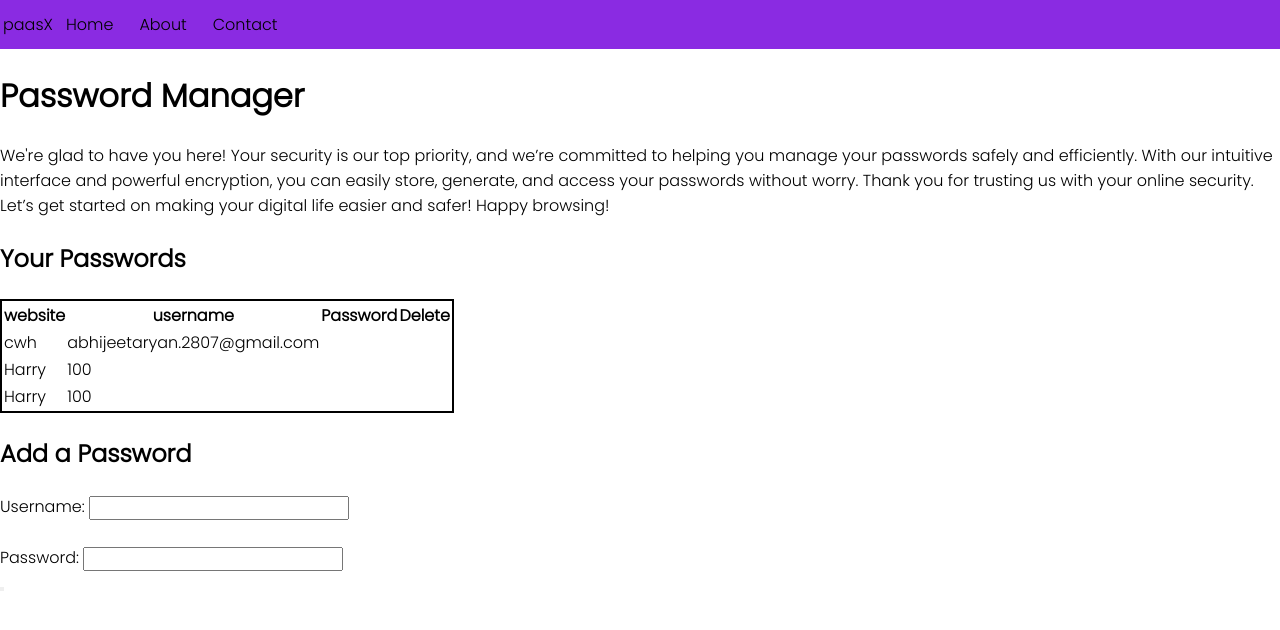
Repository: Abhi2807ar/PASSWORD-MANAGER
Page: index.html
These files come from the project's save history. The page is drawn as it stood at one moment and after a run of saves; the edit follows.
The browser window is 1280 px wide. The pictures show the whole page.

Above is the page before, as saved 2024-10-14 15:00:07.

After the next 5 saves:
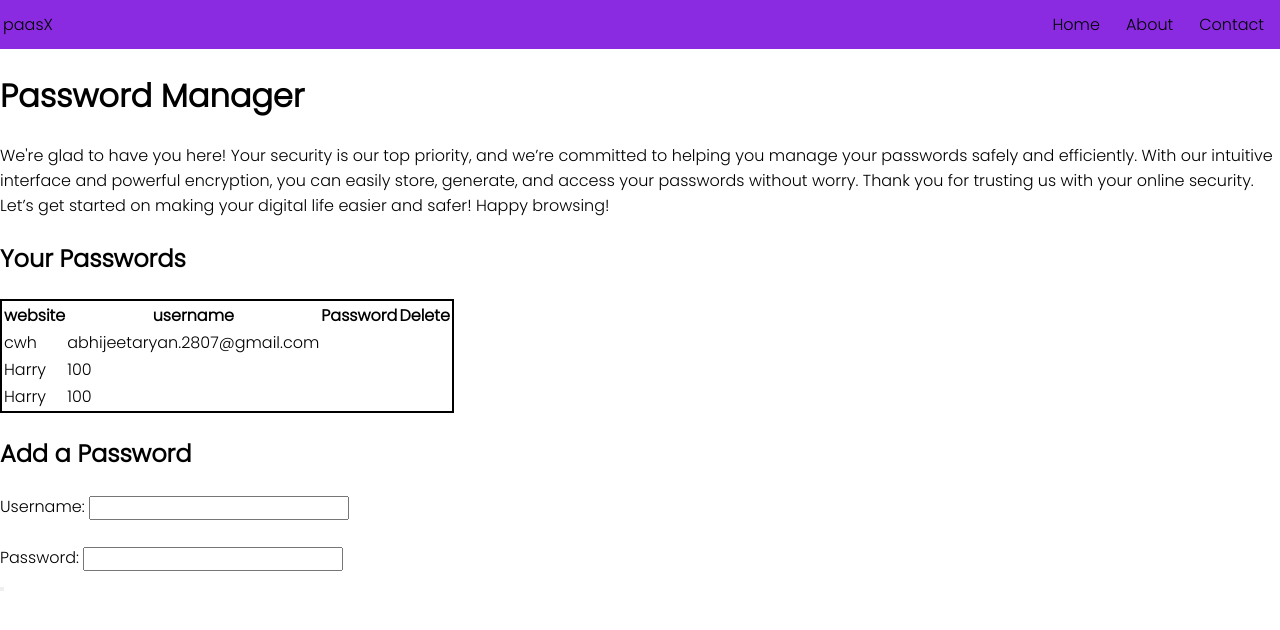
The 5 saves are shown as one change because they came seconds apart.
The last was saved 11 s later.
--- a/style.css
+++ b/style.css
@@ -8,7 +8,7 @@
  nav{ background-color: blueviolet;
     padding:12px 3px;
     display:flex;
-
+    justify-content:space-between
  }
  ul{
     display:flex;
